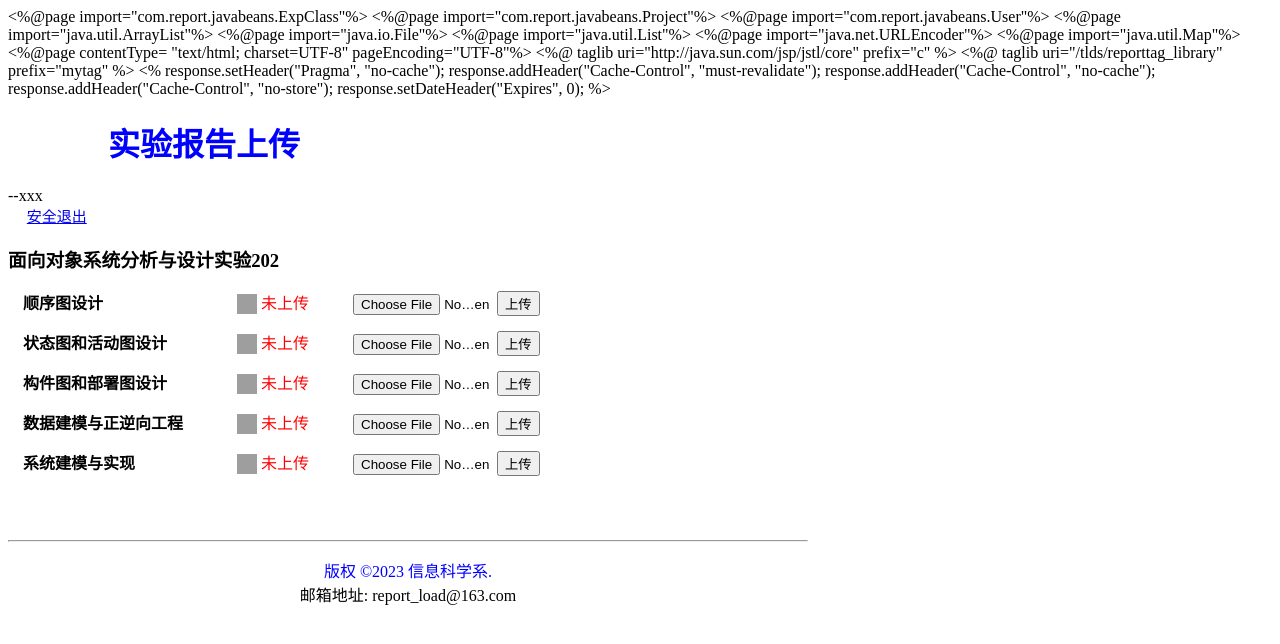
Repository: IAmJiangWenHao/ReportServer
Page: web/demo.html
The author's editor kept a copy of each file at every save. The page is drawn from the files as they stood at one save, then again after the next save.
The browser window is 1280 px wide. The pictures show the whole page.
Pictures or frames that could not be fetched are drawn as grey boxes.

Above is the page before, as saved 2023-05-19 18:38:20.
Console error: SyntaxError: Invalid or unexpected token

### web/demo.html
<%@page import="com.report.javabeans.ExpClass"%>
<%@page import="com.report.javabeans.Project"%>
<%@page import="com.report.javabeans.User"%>
<%@page import="java.util.ArrayList"%>
<%@page import="java.io.File"%>
<%@page import="java.util.List"%>
<%@page import="java.net.URLEncoder"%>
<%@page import="java.util.Map"%>
<%@page contentType= "text/html; charset=UTF-8" pageEncoding="UTF-8"%>

<%@ taglib uri="http://java.sun.com/jsp/jstl/core" prefix="c" %>
<%@ taglib uri="/tlds/reporttag_library" prefix="mytag" %>
<!--script type="text/javascript" src="${pageContext.request.contextPath}/script/scriptV1.js?v=1.0"></script-->
<!DOCTYPE html>
<html>
  <%
    response.setHeader("Pragma", "no-cache");
    response.addHeader("Cache-Control", "must-revalidate");
    response.addHeader("Cache-Control", "no-cache");
    response.addHeader("Cache-Control", "no-store");
    response.setDateHeader("Expires", 0);
  %>
  <head>
    <meta http-equiv="Content-Type" content="text/html; charset=UTF-8">
    <title>实验上传系统 </title>
  </head>
  <body>
    <div style="display: flex; flex-direction:column;aligns-items: center;">
      <h1 style="padding-left:100px;display:inline-block"><font color="blue">实验报告上传</font></h1>
      <div style="display:inline-block">--xxx</div>
      <div style="display:inline-block">
        <font style="font-size:15px;color:red">&nbsp;&nbsp;&nbsp;&nbsp;
        <a href="exit.jsp">安全退出</a></font></div>
      <!-- 课程 -->

        <div id="course1">
          <h3 style="display:inline-block"><div id="">面向对象系统分析与设计实验202</div> </h3>
          <!-- 实验项目 -->

            <div id="project11">
              <b><div id="prj" style="height:40px;width:200px;display:inline-block;padding-left:15px">顺序图设计</div></b>
              <div style="display:inline-block;padding-left:10px" id="prj11">
                <div id="result" style="width:100px;display:inline-block;">

                    <img style="vertical-align:bottom" height="20px;" width="20px" src="img/undone.jpg">
                    <font color="#FF0000">未上传&nbsp;</font>

                </div>
                &nbsp;&nbsp;
                <input type="file" id="file11" style="width:140px;" onchange="fileChange(this);">
                <input type="button" id="btn11" value="上传" onclick="upload(this.id)">
                <div id="progress" class="progress" style="display:inline-block;">
                  <div style="text-align:center" id="step" class="step"> </div>
                </div>
              </div>
            </div>

            <div id="project12">
              <b><div id="prj" style="height:40px;width:200px;display:inline-block;padding-left:15px">状态图和活动图设计</div></b>
              <div style="display:inline-block;padding-left:10px" id="prj12">
                <div id="result" style="width:100px;display:inline-block;">

                    <img style="vertical-align:bottom" height="20px;" width="20px" src="img/undone.jpg">
                    <font color="#FF0000">未上传&nbsp;</font>

                </div>
                &nbsp;&nbsp;
                <input type="file" id="file12" style="width:140px;" onchange="fileChange(this);">
                <input type="button" id="btn12" value="上传" onclick="upload(this.id)">
                <div id="progress" class="progress" style="display:inline-block;">
                  <div style="text-align:center" id="step" class="step"> </div>
                </div>
              </div>
            </div>

            <div id="project13">
              <b><div id="prj" style="height:40px;width:200px;display:inline-block;padding-left:15px">构件图和部署图设计</div></b>
              <div style="display:inline-block;padding-left:10px" id="prj13">
                <div id="result" style="width:100px;display:inline-block;">

                    <img style="vertical-align:bottom" height="20px;" width="20px" src="img/undone.jpg">
                    <font color="#FF0000">未上传&nbsp;</font>

                </div>
                &nbsp;&nbsp;
                <input type="file" id="file13" style="width:140px;" onchange="fileChange(this);">
                <input type="button" id="btn13" value="上传" onclick="upload(this.id)">
                <div id="progress" class="progress" style="display:inline-block;">
                  <div style="text-align:center" id="step" class="step"> </div>
                </div>
              </div>
            </div>

            <div id="project14">
              <b><div id="prj" style="height:40px;width:200px;display:inline-block;padding-left:15px">数据建模与正逆向工程</div></b>
              <div style="display:inline-block;padding-left:10px" id="prj14">
                <div id="result" style="width:100px;display:inline-block;">

                    <img style="vertical-align:bottom" height="20px;" width="20px" src="img/undone.jpg">
                    <font color="#FF0000">未上传&nbsp;</font>

                </div>
                &nbsp;&nbsp;
                <input type="file" id="file14" style="width:140px;" onchange="fileChange(this);">
                <input type="button" id="btn14" value="上传" onclick="upload(this.id)">
                <div id="progress" class="progress" style="display:inline-block;">
                  <div style="text-align:center" id="step" class="step"> </div>
                </div>
              </div>
            </div>

            <div id="project15">
              <b><div id="prj" style="height:40px;width:200px;display:inline-block;padding-left:15px">系统建模与实现</div></b>
              <div style="display:inline-block;padding-left:10px" id="prj15">
                <div id="result" style="width:100px;display:inline-block;">

                    <img style="vertical-align:bottom" height="20px;" width="20px" src="img/undone.jpg">
                    <font color="#FF0000">未上传&nbsp;</font>

                </div>
                &nbsp;&nbsp;
                <input type="file" id="file15" style="width:140px;" onchange="fileChange(this);">
                <input type="button" id="btn15" value="上传" onclick="upload(this.id)">
                <div id="progress" class="progress" style="display:inline-block;">
                  <div style="text-align:center" id="step" class="step"> </div>
                </div>
              </div>
            </div>

        </div>

      <div style=" width: 800px;height:80px;position:absolute;bottom:15%">
        <hr><p align="center"><font color="blue">
    版权 ©2023  信息科学系.</font>
<br>邮箱地址: report_load@163.com

      </p></div>
    </div>

      <script>
var isIE = /msie/i.test(navigator.userAgent) && !window.opera;
function fileChange(target) {
  var fileSize = 0;
  var filetypes = [".pdf"];
  var filepath = target.value;
  var filemaxsize = 1024 * 8;//8M
  if (filepath) {
    var isnext = false;
    var fileend = filepath.substring(filepath.lastIndexOf("."));
    if (filetypes && filetypes.length > 0) {
      for (var i = 0; i < filetypes.length; i++) {
        if (filetypes[i] === fileend) {
          isnext = true;
          break;
        }
      }
    }
    if (!isnext) {
      alert("不接受此文件类型！");
      target.value = "";
      return false;
    }
  } else {
    return false;
  }
  if (isIE && !target.files) {
    var filePath = target.value;
    var fileSystem = new ActiveXObject("Scripting.FileSystemObject");
    if (!fileSystem.FileExists(filePath)) {
      alert("附件不存在，请重新输入！");
      return false;
    }
    var file = fileSystem.GetFile(filePath);
    fileSize = file.Size;
  } else {
    fileSize = target.files[0].size;
  }
  var size = fileSize / 1024;
  if (size > filemaxsize) {
    alert("附件大小不能大于" + filemaxsize / 1024 + "M！");
    target.value = "";
    return false;
  }
  if (size <= 0) {
    alert("附件大小不能为0M！");
    target.value = "";
    return false;
  }
}
function Check()
{
  for (var i = 0; i < document.form1.elements.length - 1; i++)
  {
    if (document.form1.elements[i].value === "")
    {
      alert("不可空！");
      document.form1.elements[i].focus();
      return false;
    }
  }
  return true;
}

function getAppPath() {
  //获取当前URL
  var curURL = window.document.location.href;
  //获取主机地址之后的路径部分（就是文件地址）
  var pathName = window.document.location.pathname;
  var pos = curURL.indexOf(pathName);
  //获取应用地址
  var host = curURL.substring(0, pos);
  //获取带"/"的应用名，如：/***
  var webAppName = pathName.substring(0, pathName.substr(1).indexOf('/') + 1);
  return host + webAppName;
}

function getFile(id) {
  var prj = id.parentElement.parentElement.parentElement;
  var courseID = prj.parentElement.getElementsByTagName("div")[0].innerHTML.toString();
  var projectID = prj.getElementsByTagName("div")[0].innerHTML.toString();
  const durl = getAppPath() + "/browsePDFV1.do?projectID=" + encodeURIComponent(projectID) + "&&courseID=" + encodeURIComponent(courseID);
  //browsePDF.do 后端传送实验报告
  window.open(durl);
}
function openPostWindow(id){
     var prj = id.parentElement.parentElement.parentElement;
     var data=new Array;
     var key=new Array;
     key[0]="courseID";
     key[1]="projectID";
  data[0]= prj.parentElement.getElementsByTagName("div")[0].innerHTML.toString();
  data[1]= prj.getElementsByTagName("div")[0].innerHTML.toString();

    //创建form表单，以下是form表单的各种参数
    let tempForm = document.createElement("form");
    tempForm.id = "tempForm";
    tempForm.method = "post";
    tempForm.action = getAppPath() + "/browsePDFV1.do";
    //tempForm.target = 'blank';
    tempForm.download = ""
    //创建标签 <input></input> 标签 然后设定属性，最后追加为 form标签的子标签
    for (let i in data) {
       alert(key[i],data[i])
        let hideInput = document.createElement("input")
        hideInput.type = "hidden"
        hideInput.name =key[i]
        hideInput.value = data[i]
        tempForm.appendChild(hideInput)
    }
    if (document.all) {
      tempForm.attachEvent("onsubmit", function () {
      });        //IE
    } else {
      let subObj = tempForm.addEventListener("submit", function () {
      }, false);    //firefox
    }
    document.body.appendChild(tempForm);
    if (document.all) {
      tempForm.fireEvent("onsubmit");
    } else {
      tempForm.dispatchEvent(new Event("submit"));
    }
    tempForm.submit();//提交POST请求
    document.body.removeChild(tempForm);//删除整个form标签

  };



function upload(id) {
  var s;
  s = document.getElementById(id).parentElement.id;
  var prj = document.getElementById(s).parentElement;
  const courseID = prj.parentElement.getElementsByTagName("div")[0].innerHTML.toString();
  const projectID = prj.getElementsByTagName("div")[0].innerHTML.toString();
  //alert(courseID);
  //alert(projectID);
  //return;
  //var course = prj.parentElement.getElementsByTagName("div")[0].innerHTML;
  const fileid = document.getElementById(s).getElementsByTagName("input")[0];
  var uploadFile;
  const result = document.getElementById(s).getElementsByTagName("div")[0];
  const btn = document.getElementById(s).getElementsByTagName("input")[1];
  const step = document.getElementById(s).getElementsByTagName("div")[2];
  if (fileid.value === "")
  {
    alert("文件不可空！");
    fileid.focus();
    return false;
  }
  var files = fileid.files;
  if (files.length === 0) {
    return;
  }
  uploadFile = files[0];
  var formData = new FormData();
  formData.append("projectId", projectId);//项目名
  formData.append("courseId", courseId);//课程名
  formData.append("file", uploadFile); // 后端通过 'file' 获取
  //1.创建请求对象
  const xhr = new XMLHttpRequest();
  //2.设置请求行(get请求数据写在url后面)
  xhr.open("post", "/WebApp_report/uploadCourseServlet");//!!!!!!!!!!!!!!!!!!!!!!!!!!!!!!!!!!!!!!!
  //upload.do 后端处理上传文件
  //3.设置请求头(get请求可以省略,post不发送数据也可以省略)
  // 如果使用 formData可以不写 请求头 写了 无法正常上传文件
  //  xhr.setRequestHeader("Content-type","application/x-www-form-urlencoded");
  // XHR2.0新增 上传进度监控
  xhr.upload.onprogress = function (event) {
    var percent = event.loaded / event.total * 100 + '%';
    //console.log(percent);
    // 设置进度条内部step的 宽度
    step.style.width = percent;
    //console.log(step.id);
  };
  //4.请求主体发送(get请求为空，或者写null，post请求数据写在这里，如果没有数据，直接为空或者写null)
  xhr.send(formData);
  //注册回调函数
  xhr.onload = function () {
    console.log(xhr.responseText);
    if (xhr.readyState === 4) {
      //判断响应码 2XX 表示成功
      if (xhr.status >= 200 && xhr.status <= 300) {
        //处理结果
        // console.log("test Post");//状态码
        //设置 result 显示的文本内容
        fileid.value = "";
        if (xhr.response.toString() === "文件上传成功！") {
          var fileName = "${user.username}-${user.fullname}-";
          fileName += prj.getElementsByTagName("div")[0].innerHTML.toString();
          result.innerHTML = "<a href='#'id='" + new Date().getTime() + "' onclick='getFile(this)'>" + "<img style='vertical-align: middle;' height='20px;' width='20px' src='img/check.jpg'/>检查上传</a>";
          step.innerHTML = "100%";
        } else
          step.innerHTML =xhr.response.toString();
      }
    }
  };
}
/*
function reload() {
  //1.创建请求对象
  const xhr = new XMLHttpRequest();
  //2.设置请求
  xhr.open("post", "/WebApp_report/LoadData.do");
  //3.发送请求
  xhr.send();
  //注册回调函数
  xhr.onload = function () {
    console.log(xhr.responseText);
    if (xhr.readyState === 4) {
      //判断响应码 2XX 表示成功
      if (xhr.status >= 200 && xhr.status <= 300) {
        //处理结果
        if (xhr.response.toString() === "courseData数据更新！") {
          console.log("courseData已更新");
        }
      }
    }
  };
}
</script>
</body>
</html>

After the next save:
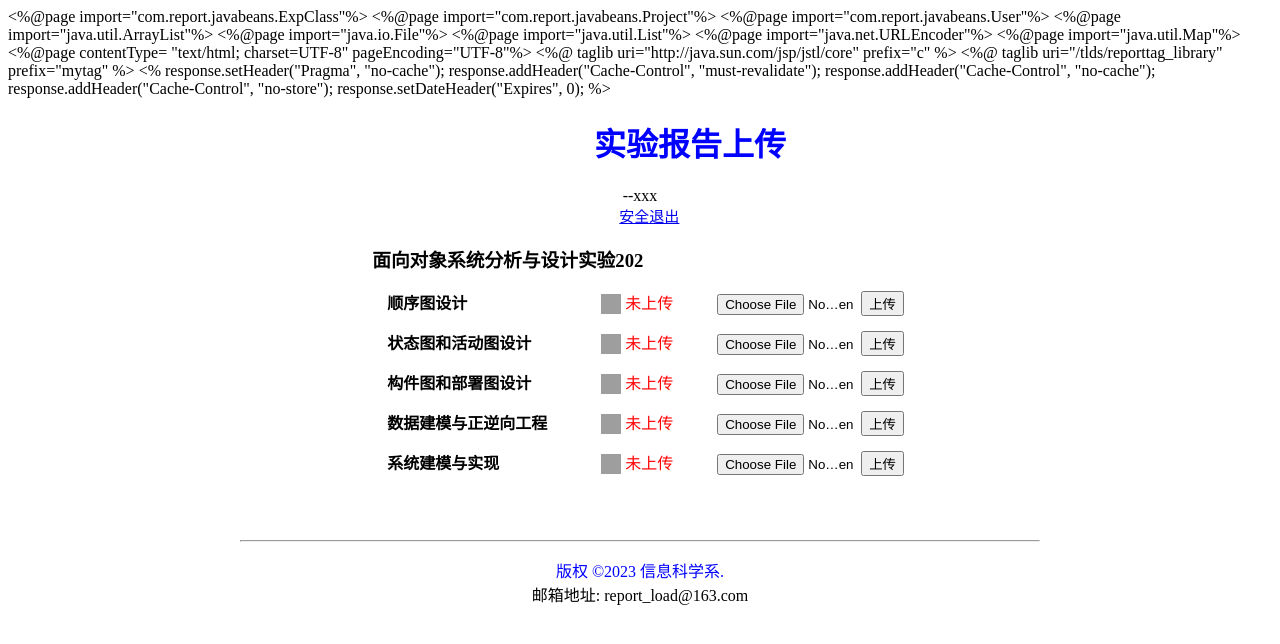
Saved 19 s later.
--- a/web/demo.html
+++ b/web/demo.html
@@ -25,7 +25,7 @@
     <title>实验上传系统 </title>
   </head>
   <body>
-    <div style="display: flex; flex-direction:column;aligns-items: center;">
+    <div style="display: flex; flex-direction:column;align-items: center;">
       <h1 style="padding-left:100px;display:inline-block"><font color="blue">实验报告上传</font></h1>
       <div style="display:inline-block">--xxx</div>
       <div style="display:inline-block">
